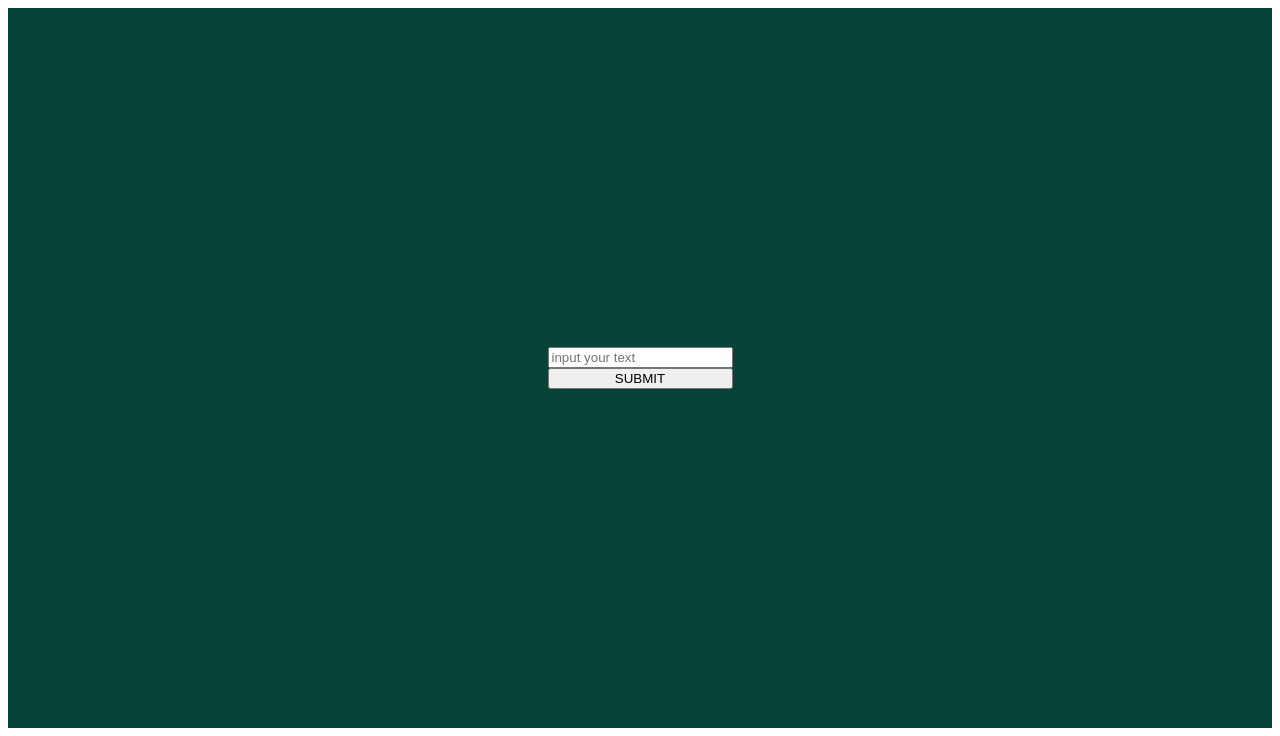
Repository: haykgrigoryan077/wheater-forecast
Page: /
An editor plug-in stored every save of this project. The page is shown before and after the next save, followed by the edit.
The browser window is 1280 px wide. The pictures show the whole page.
The project was rebuilt for these pictures with package versions that can differ from the ones it lists, and the page was loaded fresh each time. Also part of the build but not shown: src/index.css, src/ShowData/style.css, src/ShowData/index.js.

Above is the page before, as saved 2022-08-25 16:14:56.

After the next save:
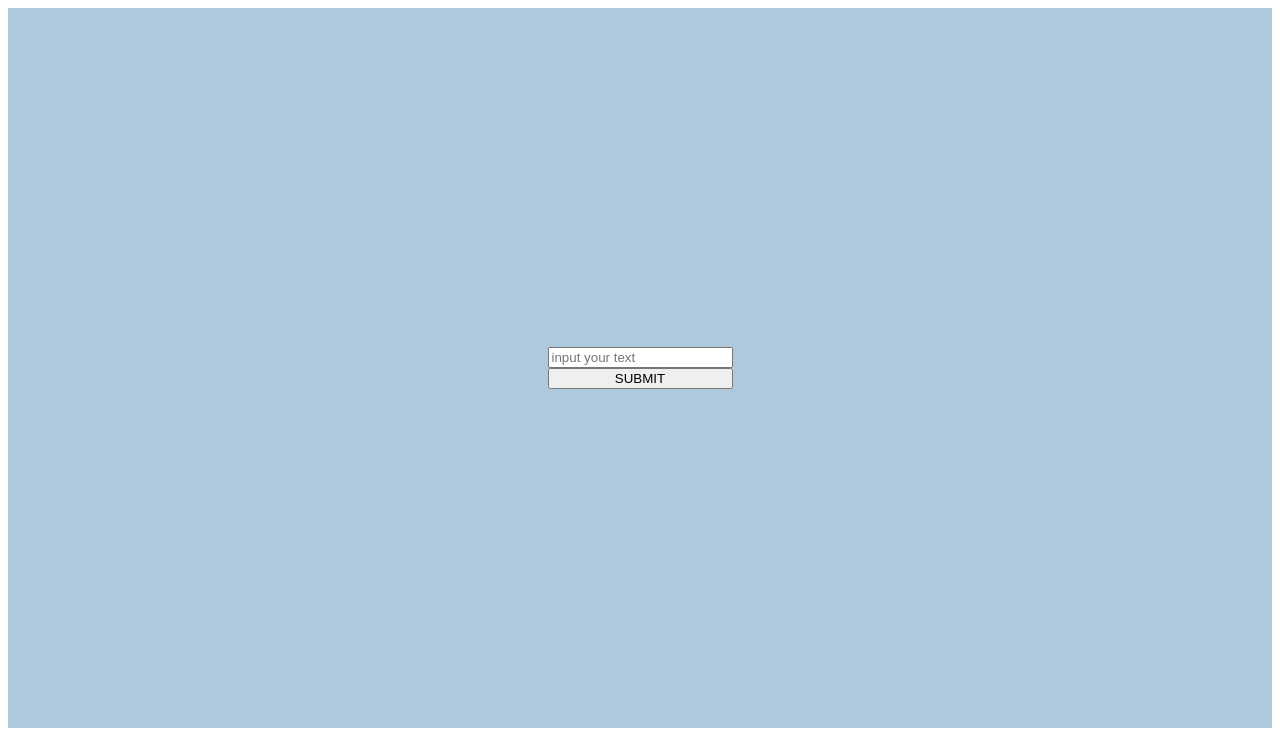
Saved 49 s later.
--- a/src/App.css
+++ b/src/App.css
@@ -5,5 +5,5 @@
   flex-direction: column;
   justify-content: center;
   align-items: center;
-  background-color: #064439;
+  background-color: #AFC9DC;
 }
